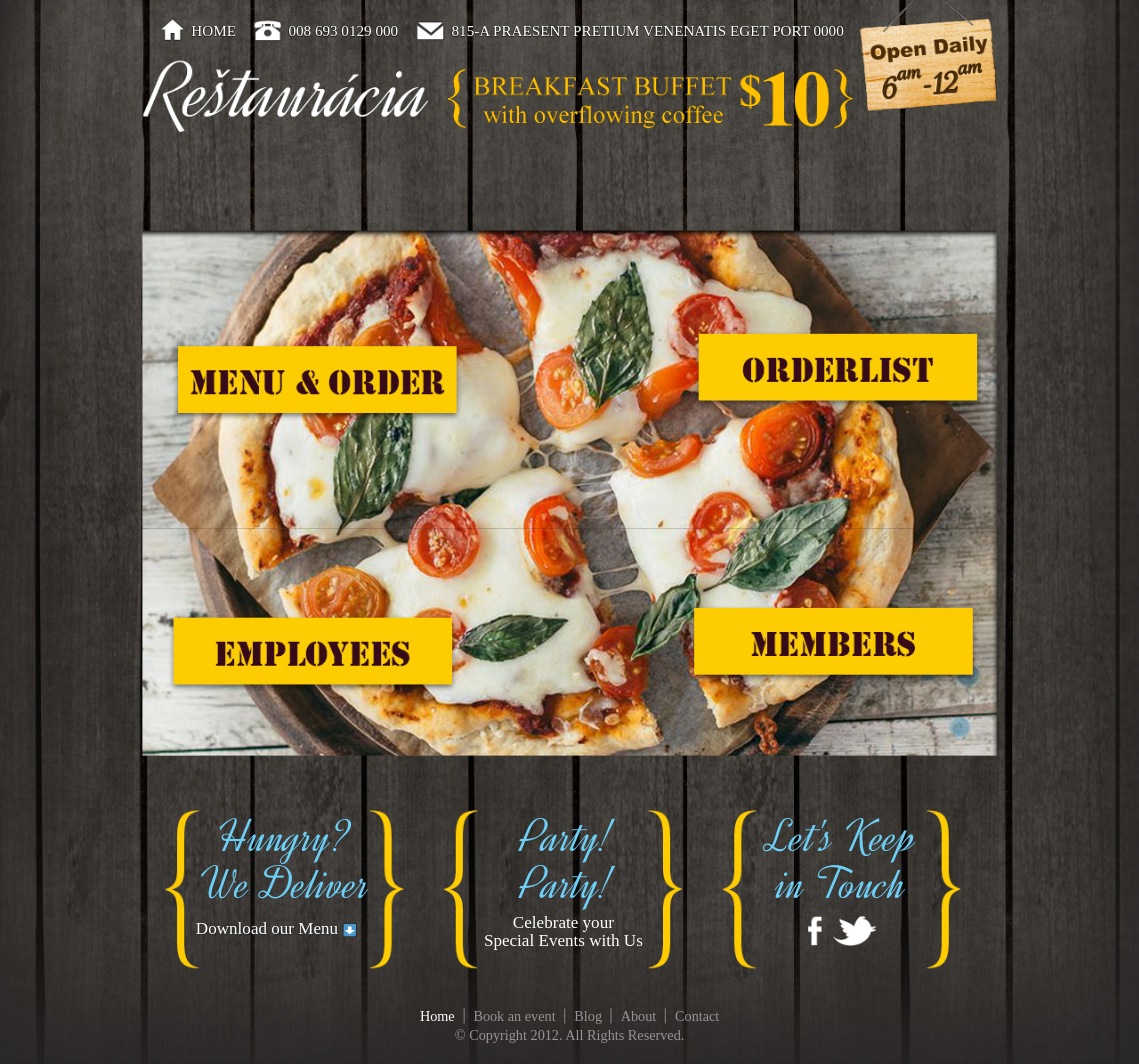
Repository: WarapornPum/OoadProject
Page: http://localhost/PizzaOrderSystem/Home.jsp
These files come from the project's save history. The page is drawn as it stood at one moment and after the next save; the edit follows.
The browser window is 1280 px wide. The pictures show the whole page, at 89% of full size.
The page is served by Tomcat 9.

Above is the page before, as saved 2019-02-16 11:51:16.

After the next save:
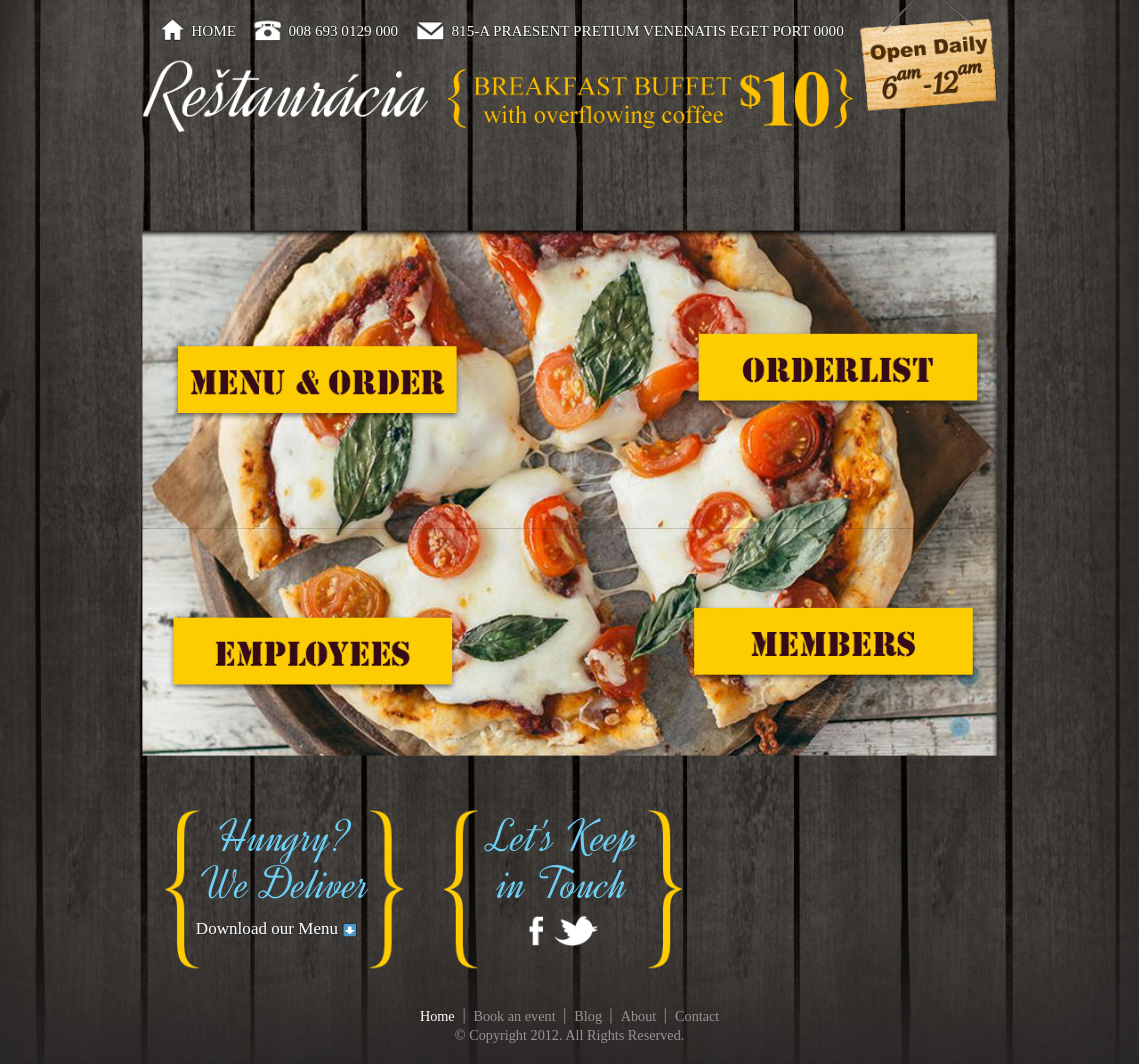
Saved 4 min 3 s later.
--- a/PizzaOrderSystem/WebContent/Home.jsp
+++ b/PizzaOrderSystem/WebContent/Home.jsp
@@ -46,10 +46,6 @@
 				<h2>Hungry? We Deliver</h2>
 				<a href="menu.html">Download our Menu</a>
 			</li>
-			<li class="event">
-				<h2>Party! Party!</h2>
-				<p>Celebrate your<br> Special Events with Us</p>
-			</li>
 			<li class="connect">
 				<h2>Let's Keep in Touch</h2>
 				<a href="http://facebook.com/freewebsitetemplates" target="_blank" class="fb" title="Facebook"></a>
